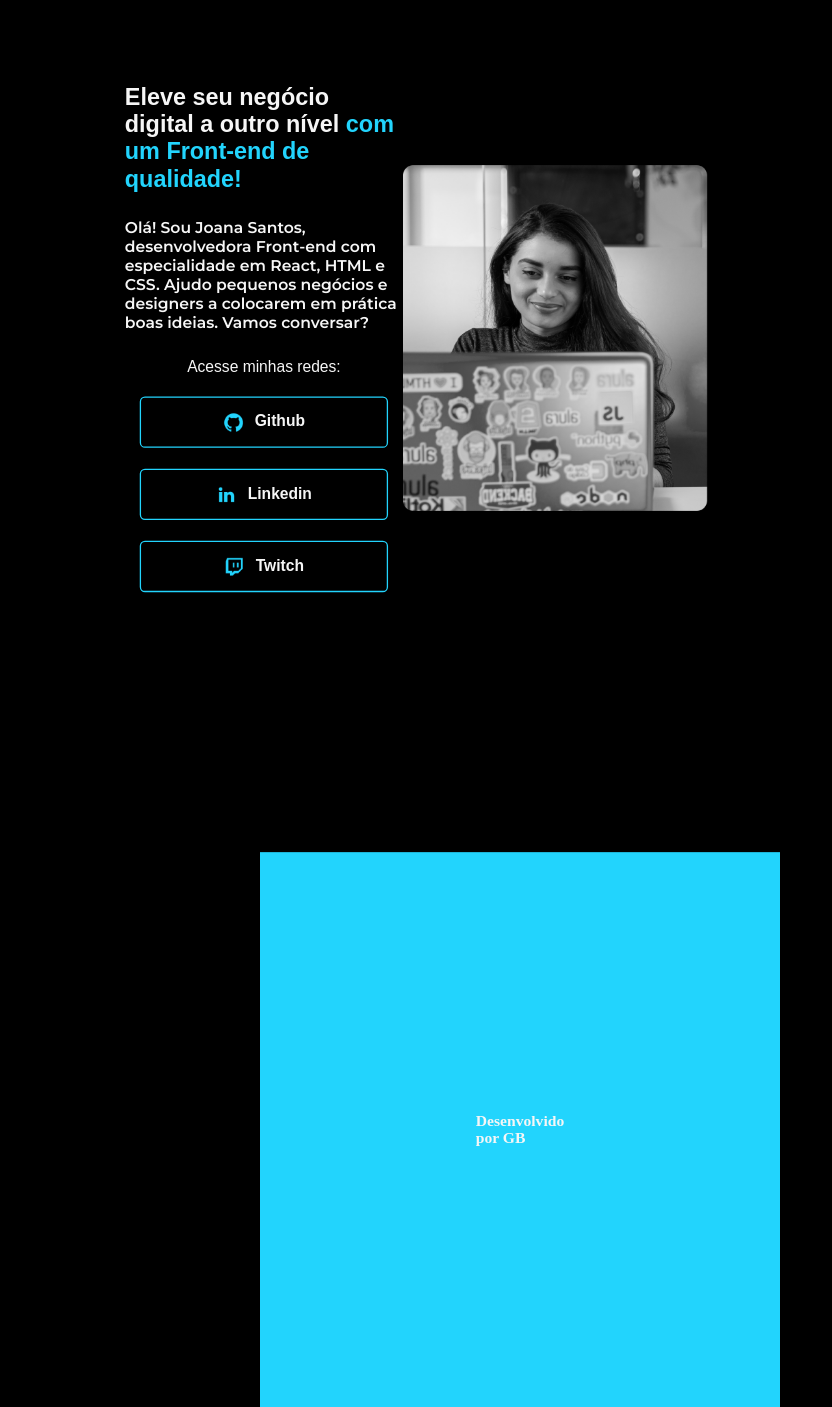
Repository: YoungAkira/CursoHtmlCss
Page: index.html
The author's editor kept a copy of each file at every save. The page is drawn from the files as they stood at one save, then again after the next save.
The browser window is 1280 px wide. The pictures show the whole page, at 65% of full size.
Some web fonts or font styles are not loaded; a fallback is used.

Above is the page before, as saved 2023-05-15 11:03:56.

After the next save:
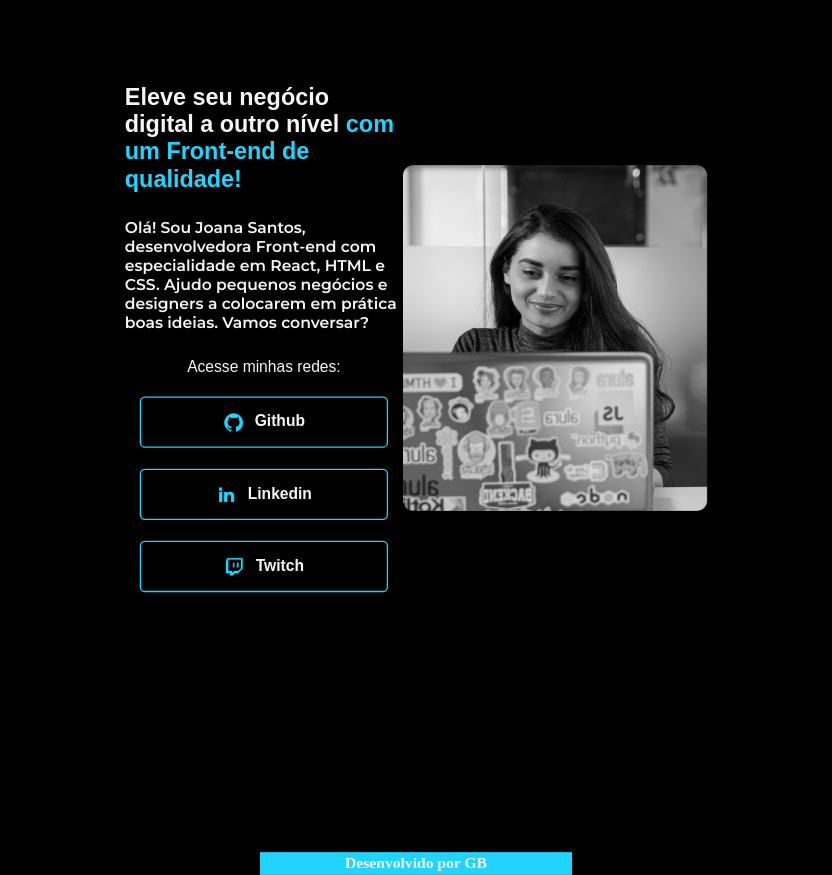
Saved 10 s later.
--- a/style.css
+++ b/style.css
@@ -92,5 +92,5 @@ footer{
     background-color: #22D4FD;
     justify-content:center;
     margin: 400px;
-    padding: 400px;
+    padding: 4px;
 }
